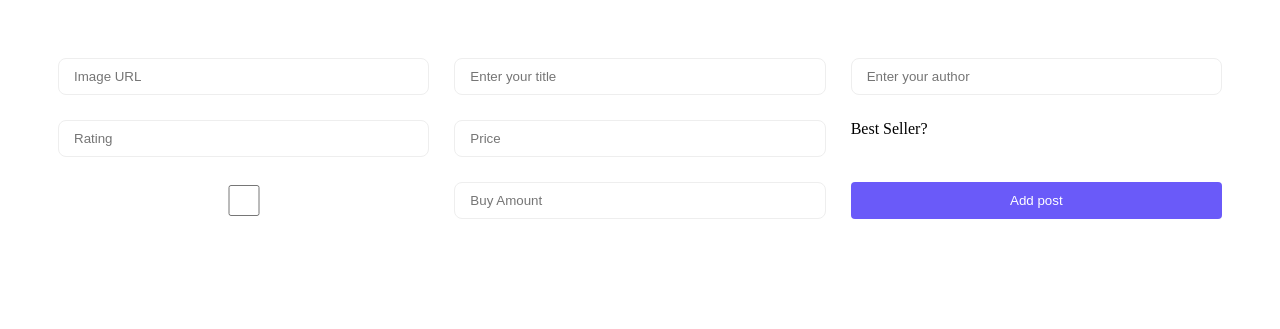
Repository: thuan711/All-about-JS
Page: api/api.html
These files come from the project's save history. The page is drawn as it stood at one moment and after the next save; the edit follows.
The browser window is 1280 px wide. The pictures show the whole page.

Above is the page before, as saved 2023-01-23 10:05:43.

After the next save:
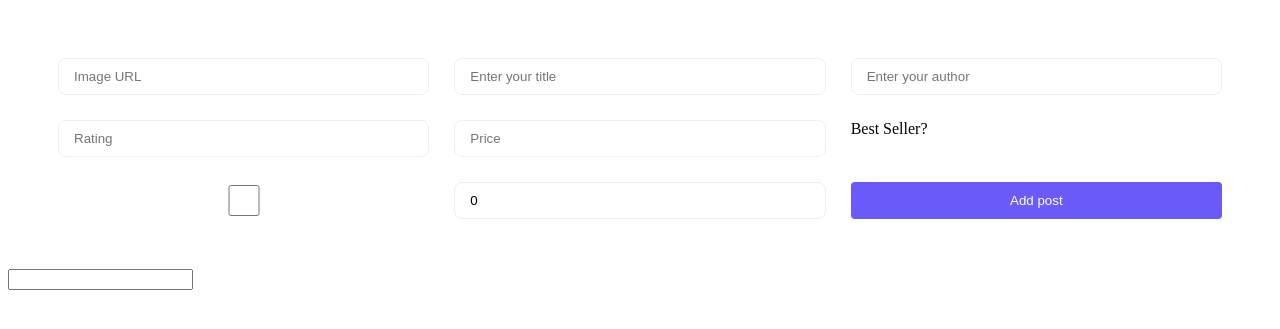
Saved 9 min 50 s later.
--- a/api/api.html
+++ b/api/api.html
@@ -224,9 +224,10 @@
         <input type="number" name="price" placeholder="Price">
         <label for="best-seller">Best Seller?</label>
         <input type="checkbox" name="bestSeller">
-        <input type="number" name="buyAmount" placeholder="Buy Amount">
-        <button type="submit">Add post</button>
+        <input type="number" name="buyAmount" placeholder="Buy Amount" value="0">
+        <button type="submit" class="form-submit">Add post</button>
     </form>
+    <input type="text" class="filter" name="filter" />
     <div class="course-list">
 
     </div>
